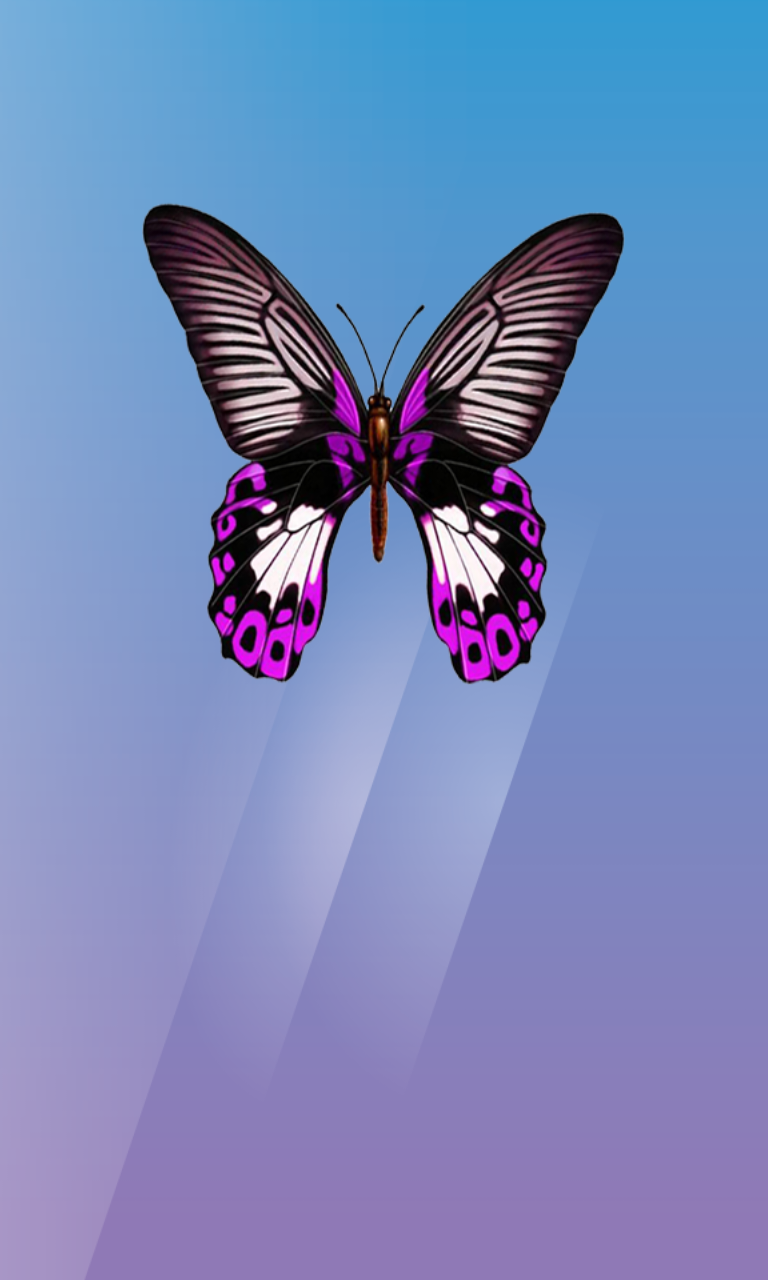
Repository: mimimy/MassagePro
Layout: BLE-Version/MassageTool/res/layout/activity_splash.xml
An editor plug-in stored every save of this project. The layout is shown before and after the next save, followed by the edit.
It is drawn on a 768 x 1280 px phone screen (xhdpi) without system bars, with theme AppTheme; the app's code is not run.

Above is the layout before, as saved 2018-07-23 13:31:17.

After the next save:
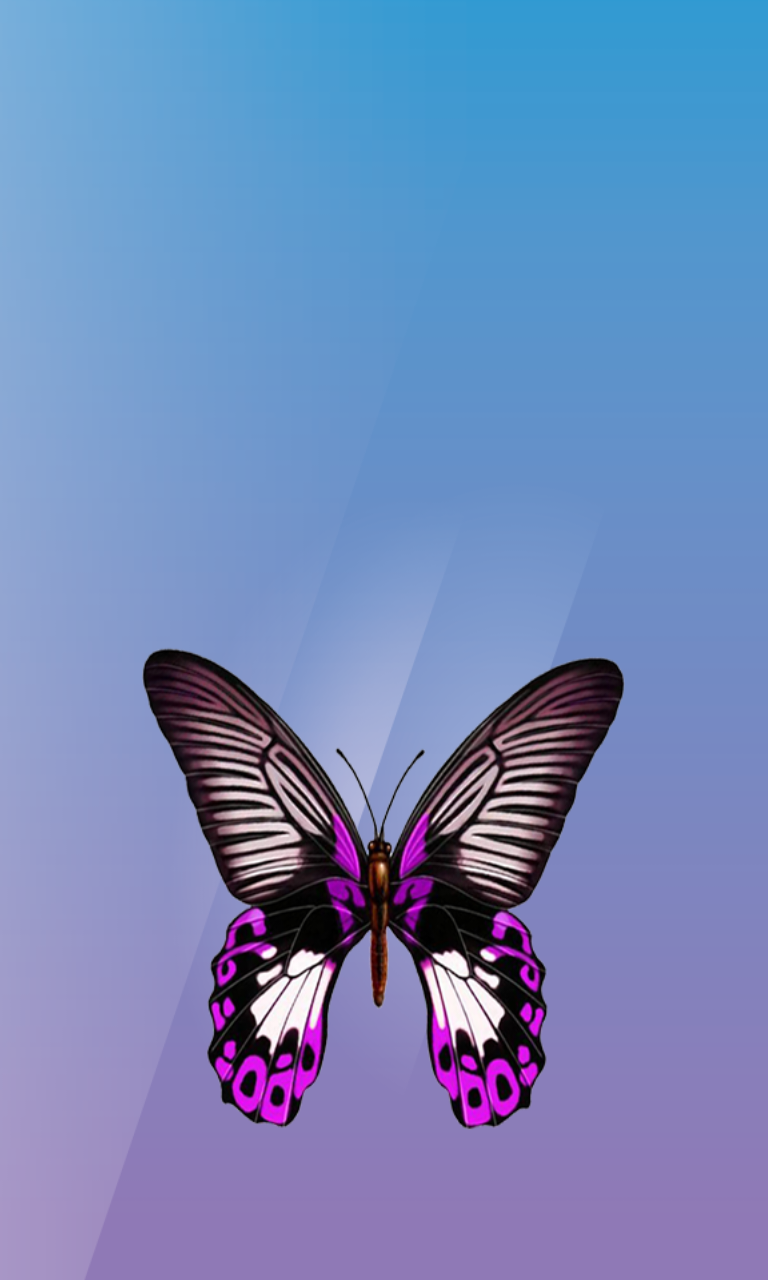
Saved 44 s later.
--- a/BLE-Version/MassageTool/res/layout/activity_splash.xml
+++ b/BLE-Version/MassageTool/res/layout/activity_splash.xml
@@ -10,9 +10,9 @@
         android:id="@+id/imageView1"
         android:layout_width="wrap_content"
         android:layout_height="wrap_content"
-        android:layout_alignParentTop="true"
+        android:layout_alignParentBottom="true"
         android:layout_centerHorizontal="true"
-        android:layout_marginTop="90dp"
+        android:layout_marginBottom="75dp"
         android:src="@drawable/flying" />
 
 </RelativeLayout>
